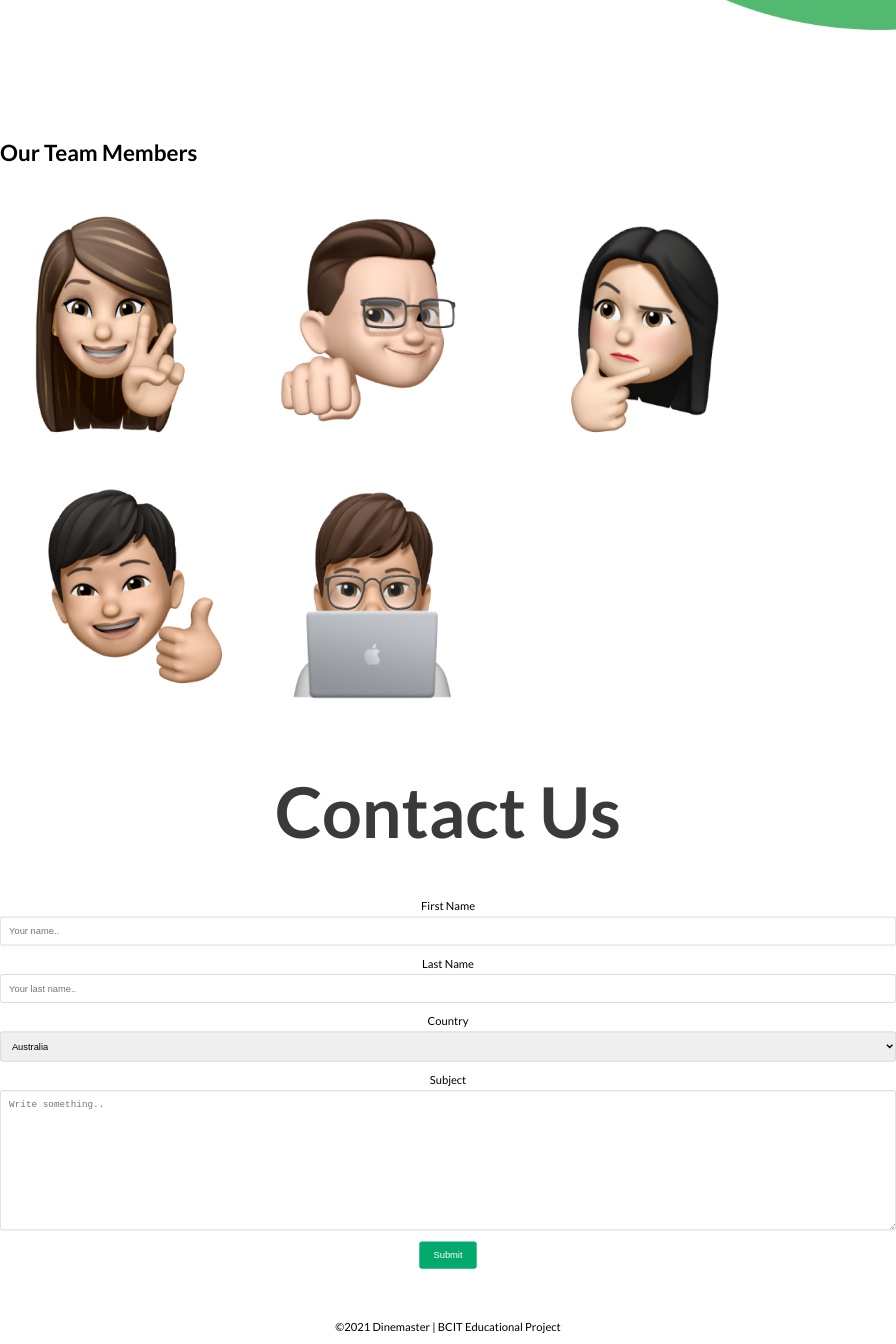
Repository: leahma1208/dinemaster
Page: index.html
The author's editor kept a copy of each file at every save. The page is drawn from the files as they stood at one save, then again after the next save.
The browser window is 1280 px wide. The pictures show the part of the page from y = 4042 to 5962 px (the page is 5962 px tall before and 5945 px after), at 70% of full size.
A picture or video elsewhere on the page could not be fetched, so the positions and the page height are approximate.

Above is the page before, as saved 2021-05-07 12:26:37.

After the next save:
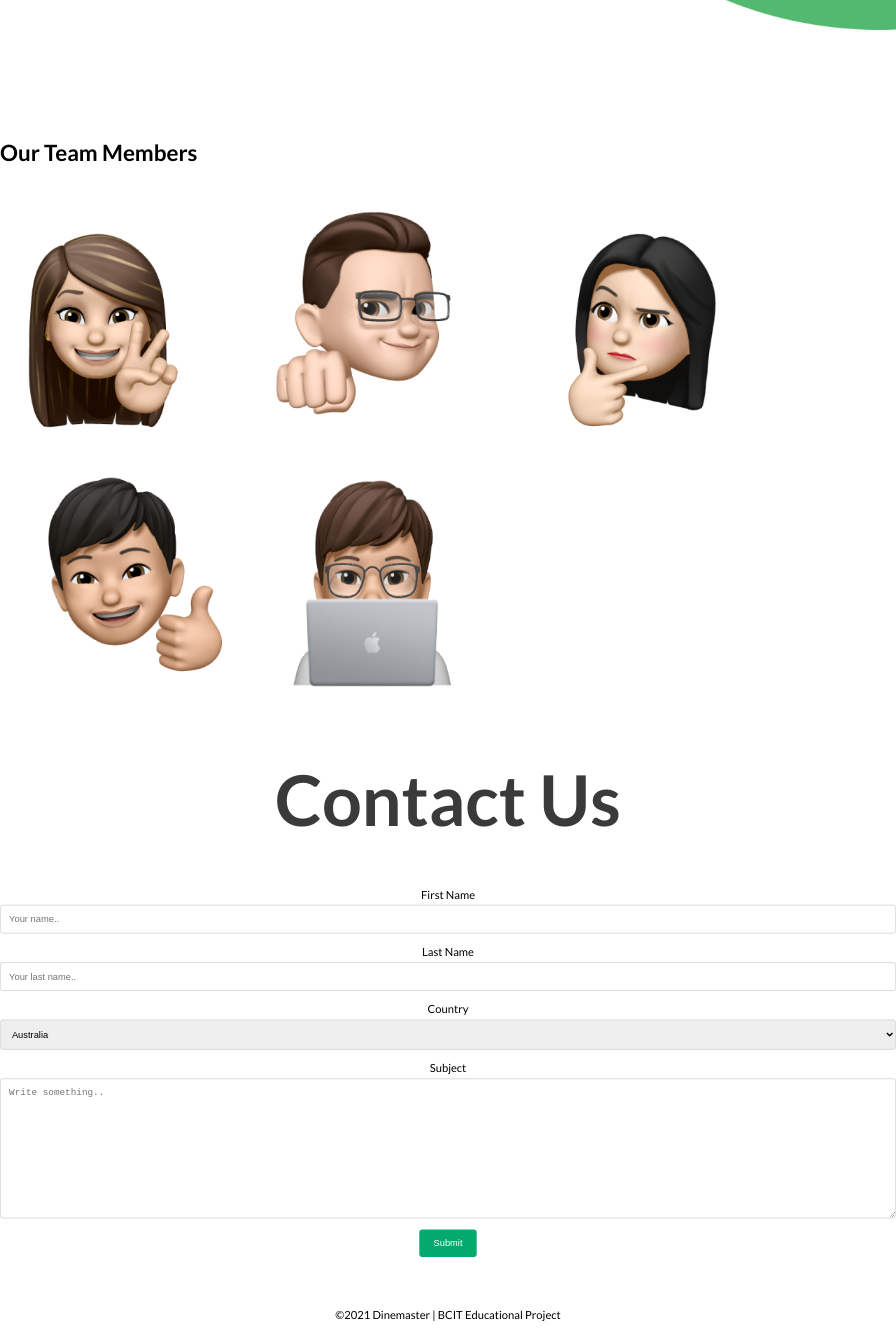
Saved 4 s later.
--- a/style.css
+++ b/style.css
@@ -129,7 +129,7 @@
 }
 /* ======ABOUTUS============= */
 
-
+.m
 
 
 .img1{

After the 2 saves that followed:
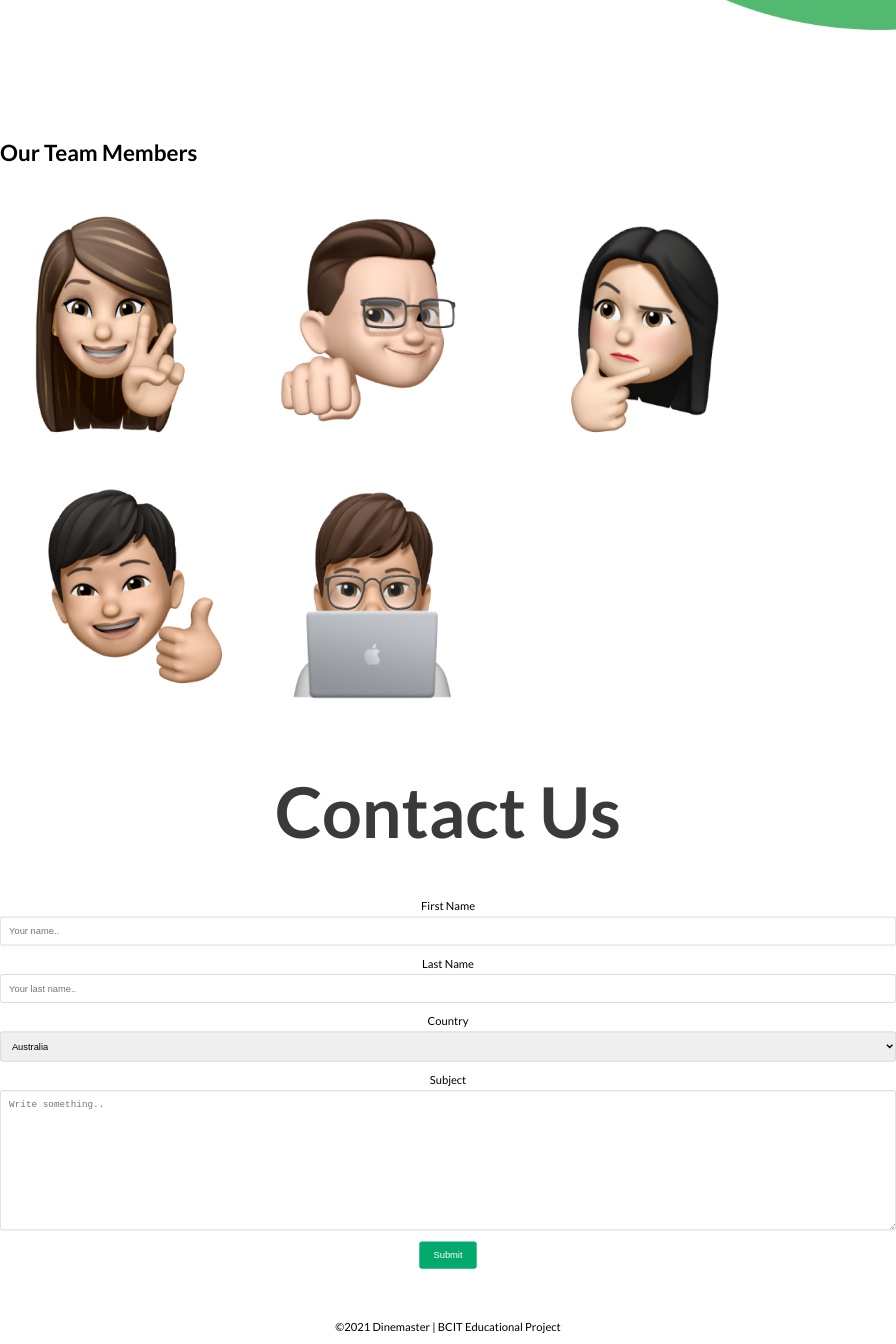
The 2 saves are shown as one change because they came seconds apart.
The last was saved 6 s later.
--- a/style.css
+++ b/style.css
@@ -129,7 +129,9 @@
 }
 /* ======ABOUTUS============= */
 
-.m
+.members{
+
+}
 
 
 .img1{
